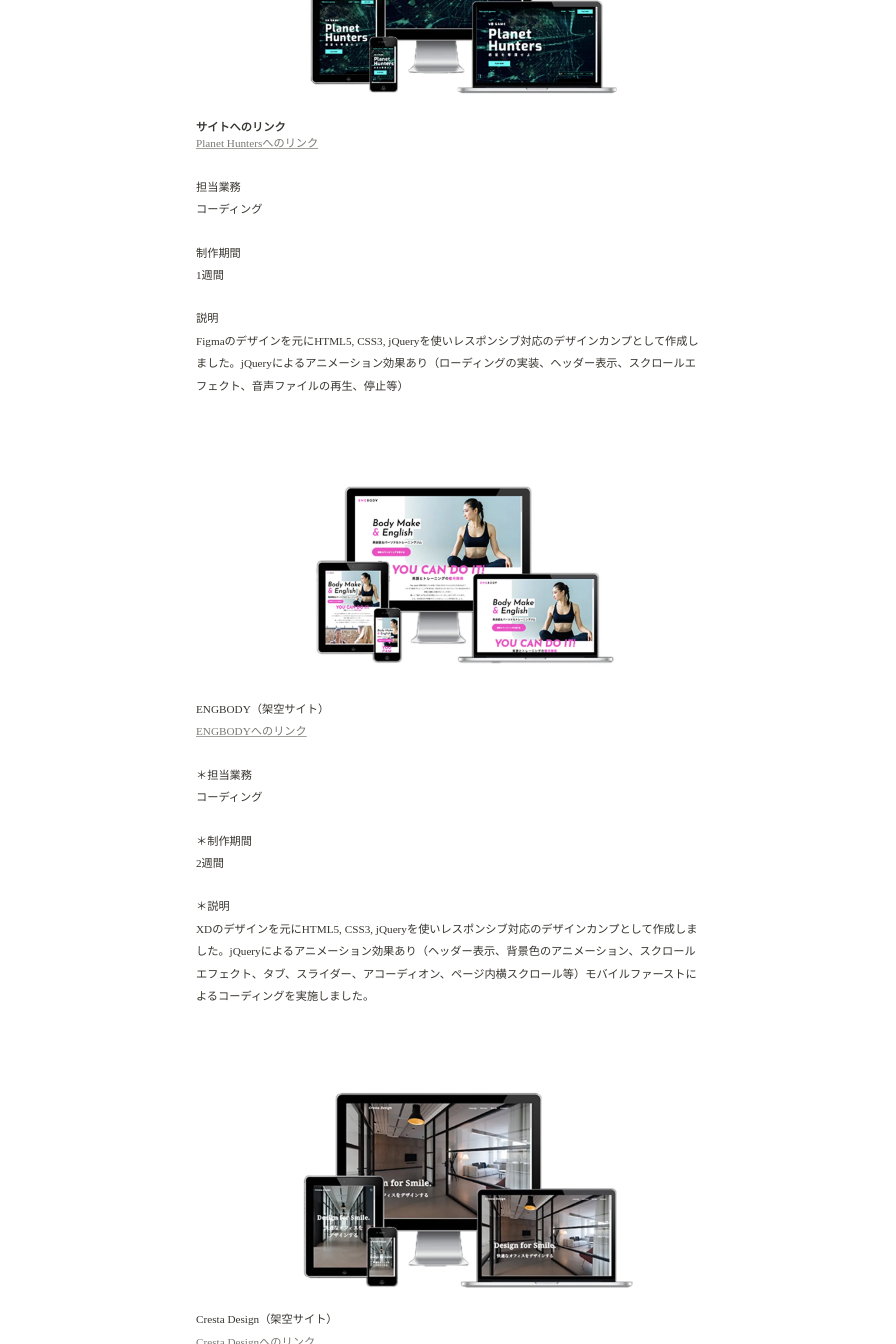
Repository: tetishi/my-portfolio
Page: index.html
The author's editor kept a copy of each file at every save. The page is drawn from the files as they stood at one save, then again after a run of saves.
The browser window is 1280 px wide. The pictures show the part of the page from y = 4118 to 6038 px (the page is 11595 px tall before and 11579 px after), at 70% of full size.
The style sheet was rebuilt from its Sass, Less or Tailwind sources for each picture, by a compiler version that may differ from the author's.

Above is the page before, as saved 2024-05-19 15:50:43.

After the next 2 saves:
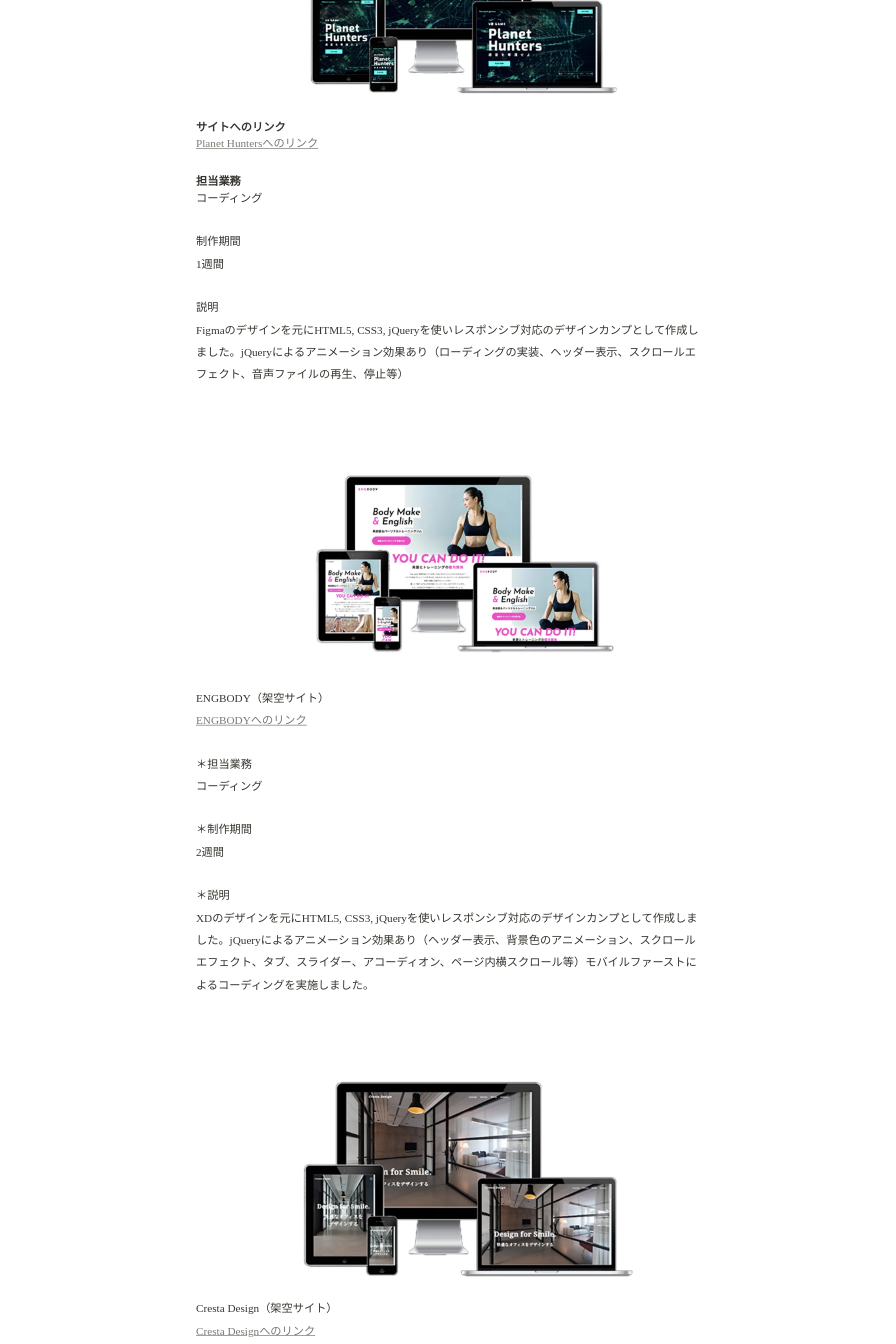
The 2 saves are shown as one change because they came seconds apart.
The last was saved 16 s later.
--- a/index.html
+++ b/index.html
@@ -217,7 +217,7 @@
                 <h3 class="details">サイトへのリンク</h3>
                 <p class="work_link"><a target="_blank" rel="noopener noreferrer" href="https://tetishi.github.io/planet-hunters/">Planet Huntersへのリンク</a></p>
 
-                <p class="details">担当業務</p>
+                <h3 class="details">担当業務</h3>
                 <p>コーディング</p>
                 <p class="details">制作期間</p>
                 <!-- ここ記入 -->
